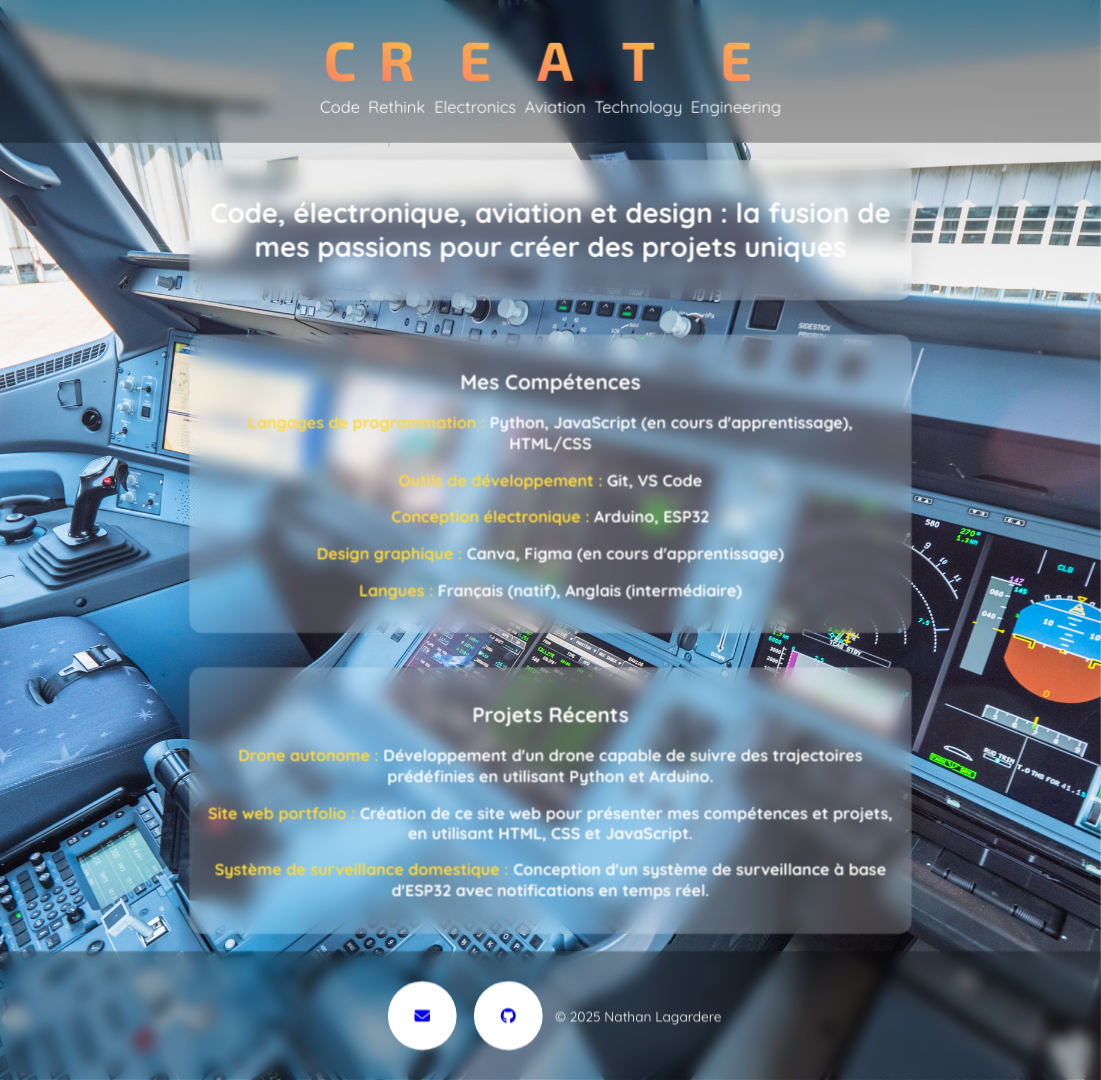
Repository: nlagardere/myportfolio
Page: index - Copie.html
An editor plug-in stored every save of this project. The page is shown before and after the next save, followed by the edit.
The browser window is 1280 px wide. The pictures show the whole page, at 86% of full size.

Above is the page before, as saved 2025-09-06 10:22:16.

### index - Copie.html
<!DOCTYPE html>
<html lang="fr">
<head>
  <meta charset="UTF-8">
  <meta name="viewport" content="width=device-width, initial-scale=1.0">
  <title>Portfolio</title>

  <!-- Google Fonts -->
  <link href="https://fonts.googleapis.com/css2?family=Exo+2:wght@400;700&family=Quicksand:wght@400;700&display=swap" rel="stylesheet">
  <!-- Font Awesome -->
  <link rel="stylesheet" href="https://cdnjs.cloudflare.com/ajax/libs/font-awesome/6.5.0/css/all.min.css">

  <style>
    /* ========== BODY & LAYOUT ========== */
    body {
      font-family: 'Quicksand', sans-serif;
      margin: 0;
      padding: 0;
      min-height: 100vh;
      display: flex;
      flex-direction: column;
      background: url('a350.jpg') no-repeat center center;
      background-size: cover;
      color: #fff;
    }

    header {
      text-align: center;
      padding: 30px 20px;
      background: rgba(0,0,0,0.3);
      backdrop-filter: blur(8px);
    }

    /* ========== GLASS CARD ========== */
    .glasscard, .competences {
      background: rgba(255, 255, 255, 0.2);
      border-radius: 15px;
      padding: 20px;
      margin: 20px auto;
      max-width: 800px;
      backdrop-filter: blur(10px);
      box-shadow: 0 4px 30px rgba(0,0,0,0.1);
      text-align: center;
      animation: zoomPop 1s ease forwards;
      color: white;
    }

    .highlight {
      color: #FFD93D;
      font-weight: bold;
    }

    @keyframes zoomPop {
      0% { opacity: 0; transform: scale(0.1) translateZ(-800px); }
      60% { opacity: 1; transform: scale(1.2) translateZ(50px); }
      80% { transform: scale(0.95) translateZ(0); }
      100% { opacity: 1; transform: scale(1) translateZ(0); }
    }

    /* ========== ACRONYM ========== */
    .acronym-container {
      display: flex;
      justify-content: center;
      gap: 10px;
      flex-wrap: wrap;
      perspective: 1000px;
    }

    .letter-block {
      flex: none;
      text-align: center;
      opacity: 0;
      transform: scale(0.1) translateZ(-800px);
      animation: zoomPop 0.8s cubic-bezier(0.25, 1.5, 0.5, 1) forwards;
    }

    .letter-block:nth-child(1) { animation-delay: 0s; }
    .letter-block:nth-child(2) { animation-delay: 0.1s; }
    .letter-block:nth-child(3) { animation-delay: 0.2s; }
    .letter-block:nth-child(4) { animation-delay: 0.3s; }
    .letter-block:nth-child(5) { animation-delay: 0.4s; }
    .letter-block:nth-child(6) { animation-delay: 0.5s; }

    .letter-block .letter {
      font-size: 4em;
      font-weight: bold;
      font-family: 'Exo 2', sans-serif;
      background: linear-gradient(45deg, #FF6B6B, #FFD93D);
      -webkit-background-clip: text;
      -webkit-text-fill-color: transparent;
      transition: filter 0.2s;
    }

    .letter-block .letter:hover {
      filter: brightness(1.2);
    }

    .letter-block .desc {
      font-size: 1.2em;
      margin-top: 5px;
    }

    /* ========== SOCIAL ICONS ========== */
    .wrapper {
      display: inline-flex;
      justify-content: center;
      list-style: none;
      padding: 20px 0;
      margin: 0 auto;
    }

    .wrapper .icon {
      position: relative;
      background: #ffffff;
      border-radius: 50%;
      padding: 15px;
      margin: 0 10px;
      width: 50px;
      height: 50px;
      font-size: 18px;
      display: flex;
      justify-content: center;
      align-items: center;
      cursor: pointer;
      transition: all 0.2s cubic-bezier(0.68, -0.55, 0.265, 1.55);
    }

    .wrapper .tooltip {
      position: absolute;
      bottom: 100%;
      left: 50%;
      transform: translateX(-50%) translateY(-10px);
      font-size: 14px;
      background: #333;
      color: #fff;
      padding: 5px 8px;
      border-radius: 5px;
      opacity: 0;
      pointer-events: none;
      white-space: nowrap;
      transition: all 0.3s cubic-bezier(0.68, -0.55, 0.265, 1.55);
      z-index: 10;
    }

    .wrapper .tooltip::before {
      content: "";
      position: absolute;
      top: 100%;
      left: 50%;
      transform: translateX(-50%) rotate(45deg);
      width: 8px;
      height: 8px;
      background: #333;
    }

    .wrapper .icon:hover .tooltip {
      opacity: 1;
      pointer-events: auto;
      transform: translateX(-50%) translateY(-15px);
    }

    .wrapper .mail:hover,
    .wrapper .mail:hover .tooltip,
    .wrapper .mail:hover .tooltip::before {
      background: #00CED1;
      color: #fff;
    }

    .wrapper .github:hover,
    .wrapper .github:hover .tooltip,
    .wrapper .github:hover .tooltip::before {
      background: #333333;
      color: #fff;
    }

    /* ========== FOOTER ========== */
    .footer{
      text-align: center;
      padding: 15px 20px;
      background: rgba(0,0,0,0.3);
      backdrop-filter: blur(8px);
      color: white;
      margin-top: auto; /* ça force le footer en bas */

    }

    /* ========== RESPONSIVE ========== */
    @media (max-width: 600px) {
      .letter-block .letter {
        font-size: 2.5em;
      }
    }

  </style>
</head>
<body>
  <header>
    <div class="acronym-container">
      <div class="letter-block">
        <div class="letter">C</div>
        <div class="desc">Code</div>
      </div>
      <div class="letter-block">
        <div class="letter">R</div>
        <div class="desc">Rethink</div>
      </div>
      <div class="letter-block">
        <div class="letter">E</div>
        <div class="desc">Electronics</div>
      </div>
      <div class="letter-block">
        <div class="letter">A</div>
        <div class="desc">Aviation</div>
      </div>
      <div class="letter-block">
        <div class="letter">T</div>
        <div class="desc">Technology</div>
      </div>
      <div class="letter-block">
        <div class="letter">E</div>
        <div class="desc">Engineering</div>
      </div>
    </div>
  </header>

  <div class="glasscard">
    <h1>Code, électronique, aviation et design : la fusion de mes passions pour créer des projets uniques</h1>
  </div>

  <div class="competences">
    <h2>Mes Compétences</h2>
    <h3><span class="highlight">Langages de programmation :</span> Python, JavaScript (en cours d'apprentissage), HTML/CSS</h3>
    <h3><span class="highlight">Outils de développement :</span> Git, VS Code</h3>
    <h3><span class="highlight">Conception électronique :</span> Arduino, ESP32</h3>
    <h3><span class="highlight">Design graphique :</span> Canva, Figma (en cours d'apprentissage)</h3>
    <h3><span class="highlight">Langues :</span> Français (natif), Anglais (intermédiaire)</h3>
  </div>

  <div calss="projects">
    <div class="glasscard">
      <h2>Projets Récents</h2>
      <h3><span class="highlight">Drone autonome :</span> Développement d'un drone capable de suivre des trajectoires prédéfinies en utilisant Python et Arduino.</h3>
      <h3><span class="highlight">Site web portfolio :</span> Création de ce site web pour présenter mes compétences et projets, en utilisant HTML, CSS et JavaScript.</h3>
      <h3><span class="highlight">Système de surveillance domestique :</span> Conception d'un système de surveillance à base d'ESP32 avec notifications en temps réel.</h3>
    </div>
  </div>




  <div class="footer">
    <ul class="wrapper">
      <li class="icon mail">
        <a href="mailto:nathan.lagardere@gmail.com" target="_blank">
          <span class="tooltip">Mail</span>
          <i class="fas fa-envelope"></i>
        </a>
      </li>
      <li class="icon github">
        <a href="https://github.com/nlagardere" target="_blank">
          <span class="tooltip">Github</span>
          <i class="fab fa-github"></i>
        </a>
      </li>
    </ul>
    © 2025 Nathan Lagardere
  </div>
</body>
</html>

After the next save:
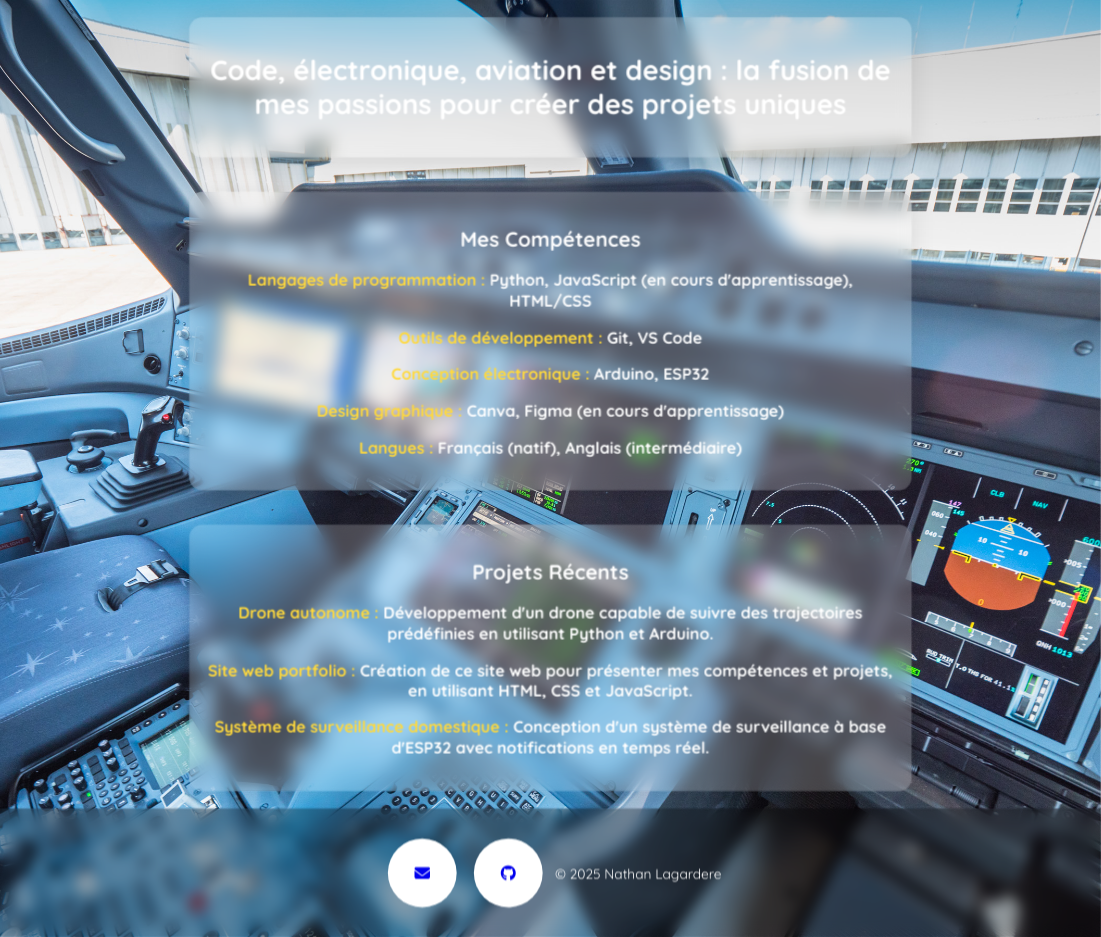
Saved 75 s later.
--- a/index - Copie.html
+++ b/index - Copie.html
@@ -194,34 +194,7 @@
   </style>
 </head>
 <body>
-  <header>
-    <div class="acronym-container">
-      <div class="letter-block">
-        <div class="letter">C</div>
-        <div class="desc">Code</div>
-      </div>
-      <div class="letter-block">
-        <div class="letter">R</div>
-        <div class="desc">Rethink</div>
-      </div>
-      <div class="letter-block">
-        <div class="letter">E</div>
-        <div class="desc">Electronics</div>
-      </div>
-      <div class="letter-block">
-        <div class="letter">A</div>
-        <div class="desc">Aviation</div>
-      </div>
-      <div class="letter-block">
-        <div class="letter">T</div>
-        <div class="desc">Technology</div>
-      </div>
-      <div class="letter-block">
-        <div class="letter">E</div>
-        <div class="desc">Engineering</div>
-      </div>
-    </div>
-  </header>
+
 
   <div class="glasscard">
     <h1>Code, électronique, aviation et design : la fusion de mes passions pour créer des projets uniques</h1>
